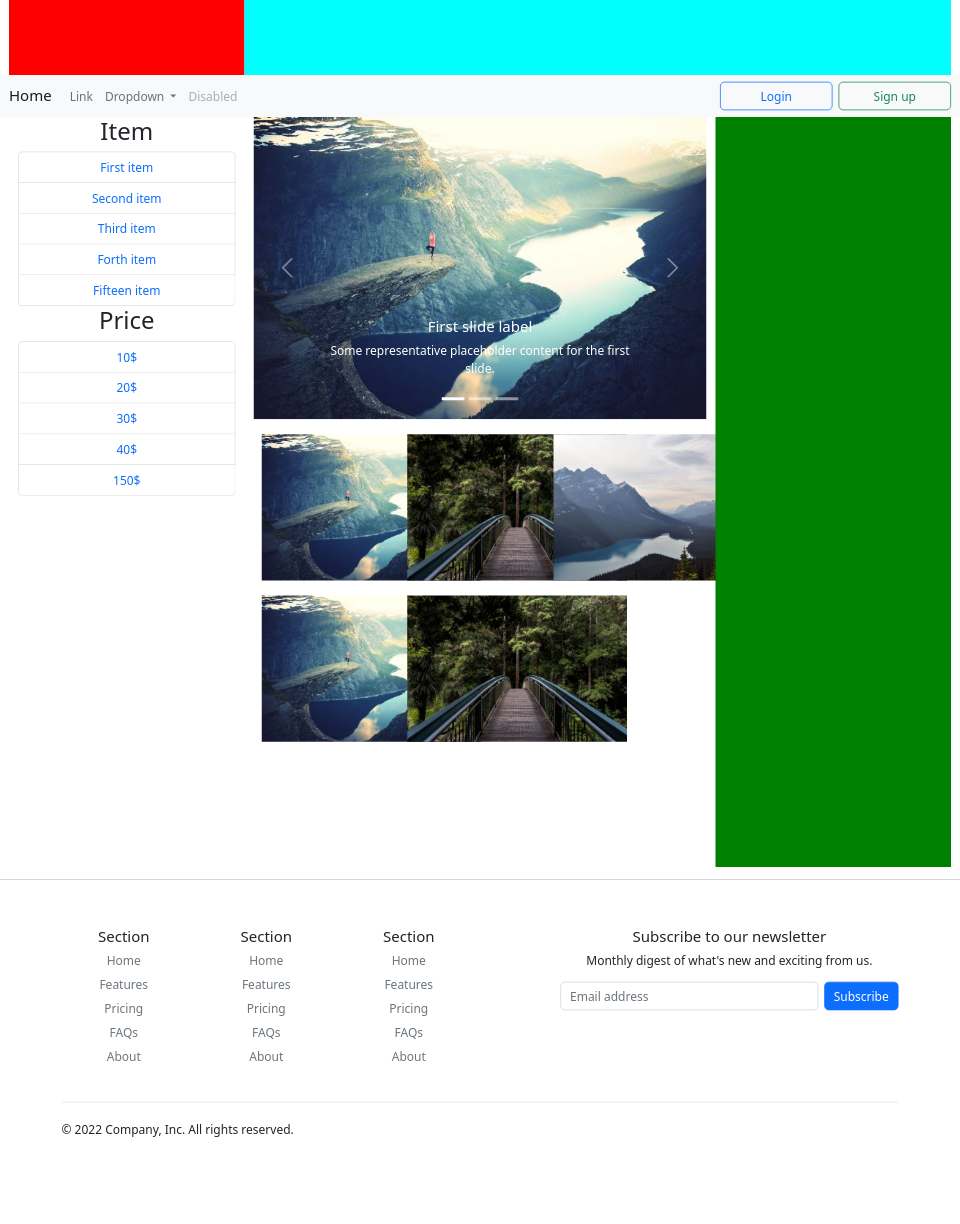
Repository: nguyenhung50497/MD2_bootstrap
Page: BT_giaoDienWeb/index.html
An editor plug-in stored every save of this project. The page is shown before and after a run of saves, followed by the edit.
The browser window is 1280 px wide. The pictures show the whole page, at 75% of full size.

Above is the page before, as saved 2022-11-30 14:22:47.

### BT_giaoDienWeb/index.html
<!DOCTYPE html>
<html lang="en">
<head>
    <meta charset="UTF-8">
    <meta http-equiv="X-UA-Compatible" content="IE=edge">
    <meta name="viewport" content="width=device-width, initial-scale=1.0">
    <link href="https://cdn.jsdelivr.net/npm/bootstrap@5.2.3/dist/css/bootstrap.min.css" rel="stylesheet" integrity="sha384-rbsA2VBKQhggwzxH7pPCaAqO46MgnOM80zW1RWuH61DGLwZJEdK2Kadq2F9CUG65" crossorigin="anonymous">
    <script src="https://cdn.jsdelivr.net/npm/bootstrap@5.2.3/dist/js/bootstrap.bundle.min.js" integrity="sha384-kenU1KFdBIe4zVF0s0G1M5b4hcpxyD9F7jL+jjXkk+Q2h455rYXK/7HAuoJl+0I4" crossorigin="anonymous"></script>
    <title>Document</title>
</head>
<style>
    .logo {
        background-color: red;
        height: 100px;
    }
    .anhBia {
        background-color: aqua;
        height: 100px;
    }
    .right {
        background-color: green;
        height: 1000px;
    }
    a {
        text-decoration: none;
    }
    .contentImg {
        padding: 10px;
        margin-left: -55px;
    }
    .contentImg > div > a > img {
        margin: 10px 10px;
        height: 195px;
    }
</style>
<body>
<center>
    <div>
    <header class="container-fluid row">
        <div class="col-lg-3 logo">
            <img src="" alt="">
        </div>
        <div class="col-lg-9 anhBia">
            <img src="" alt="">
        </div>
    </header>
    <nav class="navbar navbar-expand-lg bg-light">
        <div class="container-fluid">
          <a class="navbar-brand" href="#">Home</a>
          <button class="navbar-toggler" type="button" data-bs-toggle="collapse" data-bs-target="#navbarSupportedContent" aria-controls="navbarSupportedContent" aria-expanded="false" aria-label="Toggle navigation">
            <span class="navbar-toggler-icon"></span>
          </button>
          <div class="collapse navbar-collapse" id="navbarSupportedContent">
            <ul class="navbar-nav me-auto mb-2 mb-lg-0">
              <li class="nav-item">
                <a class="nav-link" href="#">Link</a>
              </li>
              <li class="nav-item dropdown">
                <a class="nav-link dropdown-toggle" href="#" role="button" data-bs-toggle="dropdown" aria-expanded="false">
                  Dropdown
                </a>
                <ul class="dropdown-menu">
                  <li><a class="dropdown-item" href="#">Action</a></li>
                  <li><a class="dropdown-item" href="#">Another action</a></li>
                  <li><hr class="dropdown-divider"></li>
                  <li><a class="dropdown-item" href="#">Something else here</a></li>
                </ul>
              </li>
              <li class="nav-item">
                <a class="nav-link disabled">Disabled</a>
              </li>
            </ul>
            <form class="d-flex" role="search">
              <button class="form-control me-2 btn btn-outline-primary" style="width: 150px;">Login</button>
              <button class="btn btn-outline-success" type="submit" style="width: 150px;">Sign up</button>
            </form>
          </div>
        </div>
      </nav>
    <div class="container-fluid row">
        <aside class="col-lg-3 left">
            <h2>Item</h2>
            <ul class="list-group">
                <li class="list-group-item"><a href="">First item</a></li>
                <li class="list-group-item"><a href="">Second item</a></li>
                <li class="list-group-item"><a href="">Third item</a></li>
                <li class="list-group-item"><a href="">Forth item</a></li>
                <li class="list-group-item"><a href="">Fifteen item</a></li>
            </ul>
            <h2>Price</h2>
            <ul class="list-group">
                <li class="list-group-item"><a href="">10$</a></li>
                <li class="list-group-item"><a href="">20$</a></li>
                <li class="list-group-item"><a href="">30$</a></li>
                <li class="list-group-item"><a href="">40$</a></li>
                <li class="list-group-item"><a href="">150$</a></li>
            </ul>
        </aside>
        <section class="col-lg-6 content">
            <div id="carouselExampleCaptions" class="carousel slide" data-bs-ride="false">
                <div class="carousel-indicators">
                  <button type="button" data-bs-target="#carouselExampleCaptions" data-bs-slide-to="0" class="active" aria-current="true" aria-label="Slide 1"></button>
                  <button type="button" data-bs-target="#carouselExampleCaptions" data-bs-slide-to="1" aria-label="Slide 2"></button>
                  <button type="button" data-bs-target="#carouselExampleCaptions" data-bs-slide-to="2" aria-label="Slide 3"></button>
                </div>
                <div class="carousel-inner">
                  <div class="carousel-item active">
                    <img src="anh1.jpg" class="d-block w-100" alt="Anh 1">
                    <div class="carousel-caption d-none d-md-block">
                      <h5>First slide label</h5>
                      <p>Some representative placeholder content for the first slide.</p>
                    </div>
                  </div>
                  <div class="carousel-item">
                    <img src="anh2.jpg" class="d-block w-100" alt="Anh 2">
                    <div class="carousel-caption d-none d-md-block">
                      <h5>Second slide label</h5>
                      <p>Some representative placeholder content for the second slide.</p>
                    </div>
                  </div>
                  <div class="carousel-item">
                    <img src="anh3.jpg" class="d-block w-100" alt="Anh 3">
                    <div class="carousel-caption d-none d-md-block">
                      <h5>Third slide label</h5>
                      <p>Some representative placeholder content for the third slide.</p>
                    </div>
                  </div>
                </div>
                <button class="carousel-control-prev" type="button" data-bs-target="#carouselExampleCaptions" data-bs-slide="prev">
                  <span class="carousel-control-prev-icon" aria-hidden="true"></span>
                  <span class="visually-hidden">Previous</span>
                </button>
                <button class="carousel-control-next" type="button" data-bs-target="#carouselExampleCaptions" data-bs-slide="next">
                  <span class="carousel-control-next-icon" aria-hidden="true"></span>
                  <span class="visually-hidden">Next</span>
                </button>
            </div>
            <div class="container-fluid row contentImg">
                <div class="col-lg-4"><a href=""><img src="anh1.jpg" alt=""></a></div>
                <div class="col-lg-4"><a href=""><img src="anh2.jpg" alt=""></a></div>
                <div class="col-lg-4"><a href=""><img src="anh3.jpg" alt=""></a></div>
                <div class="col-lg-4"><a href=""><img src="anh1.jpg" alt=""></a></div>
                <div class="col-lg-4"><a href=""><img src="anh2.jpg" alt=""></a></div>
            </div>
        </section>
        <aside class="col-lg-3 right"></aside>
    </div>
    <hr>
    <div class="container">
        <footer class="py-5">
          <div class="row">
            <div class="col-6 col-md-2 mb-3">
              <h5>Section</h5>
              <ul class="nav flex-column">
                <li class="nav-item mb-2"><a href="#" class="nav-link p-0 text-muted">Home</a></li>
                <li class="nav-item mb-2"><a href="#" class="nav-link p-0 text-muted">Features</a></li>
                <li class="nav-item mb-2"><a href="#" class="nav-link p-0 text-muted">Pricing</a></li>
                <li class="nav-item mb-2"><a href="#" class="nav-link p-0 text-muted">FAQs</a></li>
                <li class="nav-item mb-2"><a href="#" class="nav-link p-0 text-muted">About</a></li>
              </ul>
            </div>

            <div class="col-6 col-md-2 mb-3">
              <h5>Section</h5>
              <ul class="nav flex-column">
                <li class="nav-item mb-2"><a href="#" class="nav-link p-0 text-muted">Home</a></li>
                <li class="nav-item mb-2"><a href="#" class="nav-link p-0 text-muted">Features</a></li>
                <li class="nav-item mb-2"><a href="#" class="nav-link p-0 text-muted">Pricing</a></li>
                <li class="nav-item mb-2"><a href="#" class="nav-link p-0 text-muted">FAQs</a></li>
                <li class="nav-item mb-2"><a href="#" class="nav-link p-0 text-muted">About</a></li>
              </ul>
            </div>

            <div class="col-6 col-md-2 mb-3">
              <h5>Section</h5>
              <ul class="nav flex-column">
                <li class="nav-item mb-2"><a href="#" class="nav-link p-0 text-muted">Home</a></li>
                <li class="nav-item mb-2"><a href="#" class="nav-link p-0 text-muted">Features</a></li>
                <li class="nav-item mb-2"><a href="#" class="nav-link p-0 text-muted">Pricing</a></li>
                <li class="nav-item mb-2"><a href="#" class="nav-link p-0 text-muted">FAQs</a></li>
                <li class="nav-item mb-2"><a href="#" class="nav-link p-0 text-muted">About</a></li>
              </ul>
            </div>

            <div class="col-md-5 offset-md-1 mb-3">
              <form>
                <h5>Subscribe to our newsletter</h5>
                <p>Monthly digest of what's new and exciting from us.</p>
                <div class="d-flex flex-column flex-sm-row w-100 gap-2">
                  <label for="newsletter1" class="visually-hidden">Email address</label>
                  <input id="newsletter1" type="text" class="form-control" placeholder="Email address">
                  <button class="btn btn-primary" type="button">Subscribe</button>
                </div>
              </form>
            </div>
          </div>

          <div class="d-flex flex-column flex-sm-row justify-content-between py-4 my-4 border-top">
            <p>&copy; 2022 Company, Inc. All rights reserved.</p>
            <ul class="list-unstyled d-flex">
              <li class="ms-3"><a class="link-dark" href="#"><svg class="bi" width="24" height="24"><use xlink:href="#twitter"/></svg></a></li>
              <li class="ms-3"><a class="link-dark" href="#"><svg class="bi" width="24" height="24"><use xlink:href="#instagram"/></svg></a></li>
              <li class="ms-3"><a class="link-dark" href="#"><svg class="bi" width="24" height="24"><use xlink:href="#facebook"/></svg></a></li>
            </ul>
          </div>
        </footer>
      </div>
    </div>
</center>
</body>
</html>

After the next 2 saves:
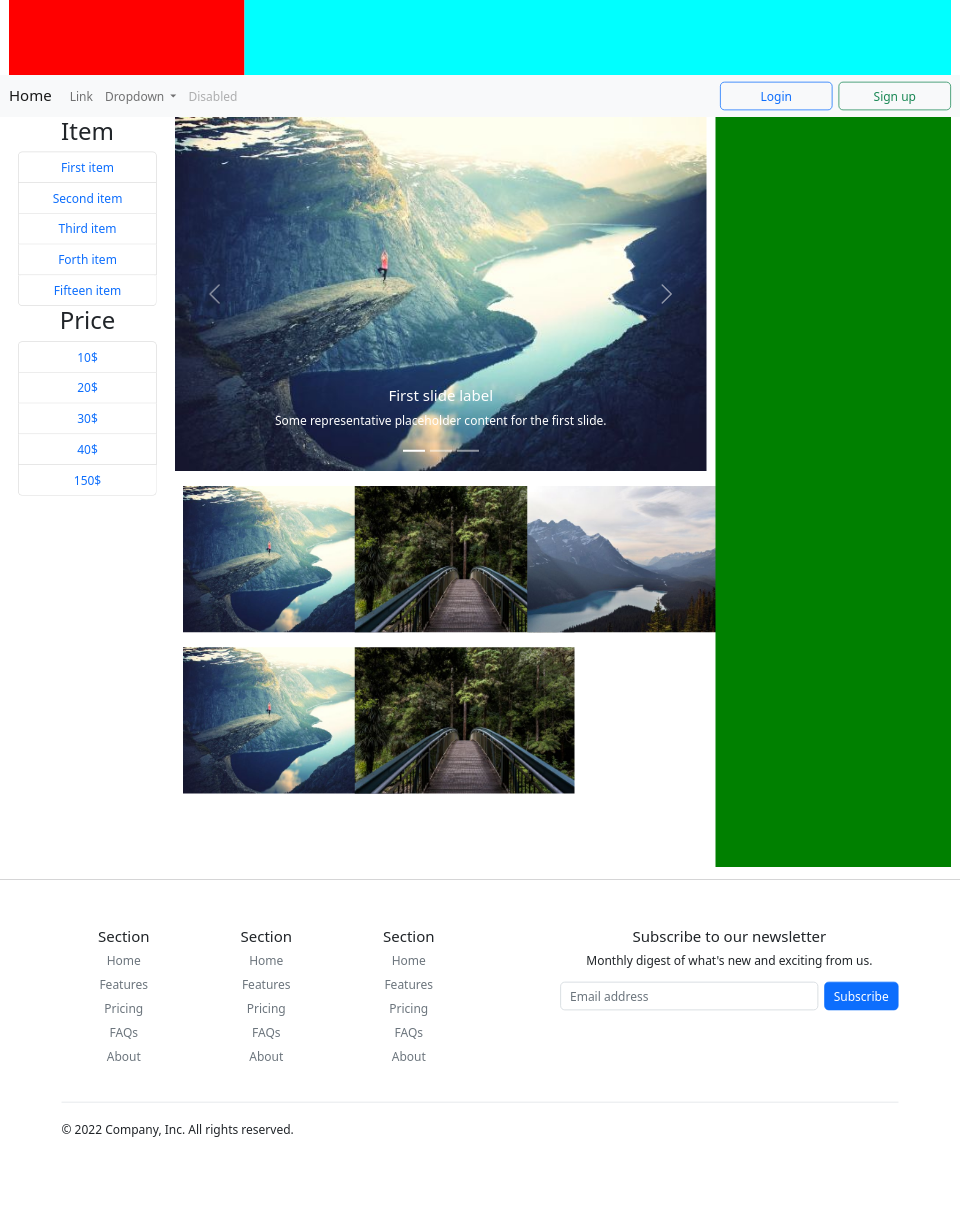
The 2 saves are shown as one change because they came seconds apart.
The last was saved 85 min 38 s later.
--- a/BT_giaoDienWeb/index.html
+++ b/BT_giaoDienWeb/index.html
@@ -78,7 +78,7 @@
         </div>
       </nav>
     <div class="container-fluid row">
-        <aside class="col-lg-3 left">
+        <aside class="col-lg-2 left">
             <h2>Item</h2>
             <ul class="list-group">
                 <li class="list-group-item"><a href="">First item</a></li>
@@ -96,7 +96,7 @@
                 <li class="list-group-item"><a href="">150$</a></li>
             </ul>
         </aside>
-        <section class="col-lg-6 content">
+        <section class="col-lg-7 content">
             <div id="carouselExampleCaptions" class="carousel slide" data-bs-ride="false">
                 <div class="carousel-indicators">
                   <button type="button" data-bs-target="#carouselExampleCaptions" data-bs-slide-to="0" class="active" aria-current="true" aria-label="Slide 1"></button>
